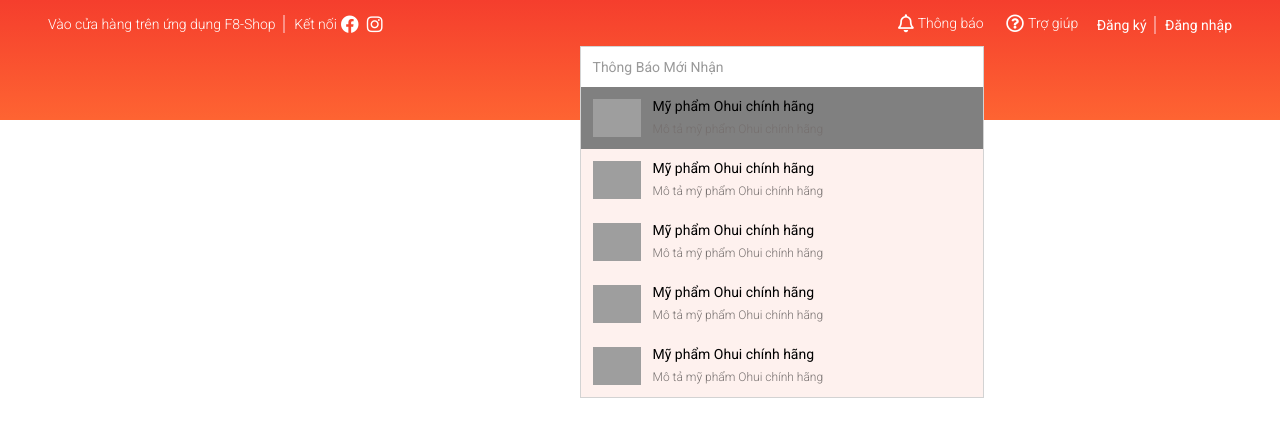
Repository: vanntrong/F8-Shop
Page: index.html
An editor plug-in stored every save of this project. The page is shown before and after the next save, followed by the edit.
The browser window is 1280 px wide. The pictures show the whole page.
The pointer rests on the first visible `.header__notify-item`.
Pictures or frames that could not be fetched are drawn as grey boxes.

Above is the page before, as saved 2021-09-01 18:27:48.

After the next save:
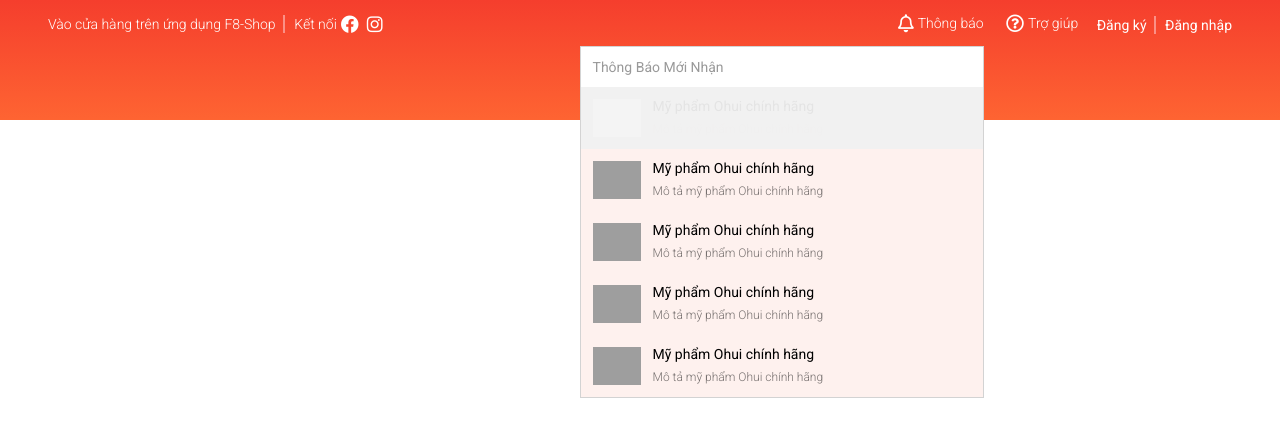
Saved 10 s later.
--- a/assets/css/main.css
+++ b/assets/css/main.css
@@ -141,6 +141,7 @@
 }
 .header__notify-item:hover {
   background-color: gray;
+  opacity: 0.1;
 }
 .header__notify-link {
   width: 100%;

After the save that followed:
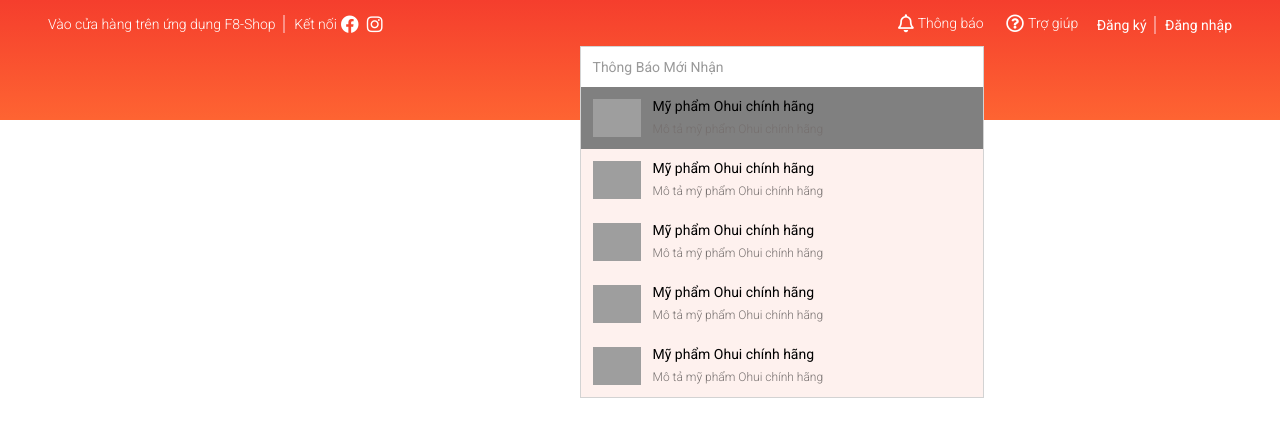
Saved 7 s later.
--- a/assets/css/main.css
+++ b/assets/css/main.css
@@ -141,7 +141,6 @@
 }
 .header__notify-item:hover {
   background-color: gray;
-  opacity: 0.1;
 }
 .header__notify-link {
   width: 100%;
